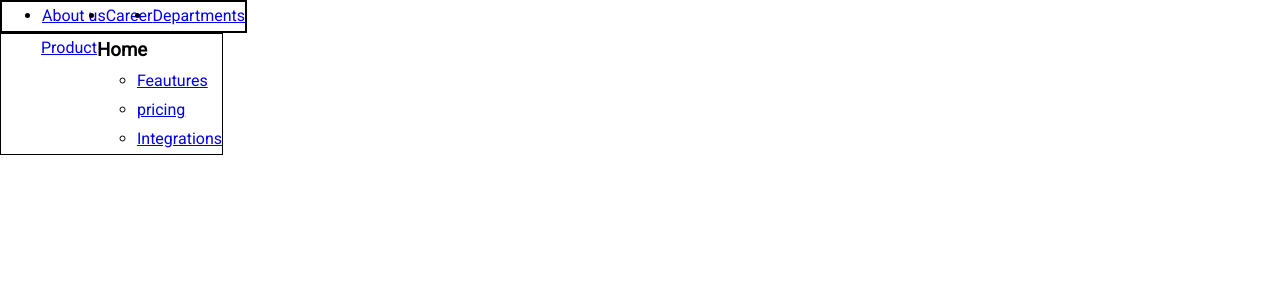
Repository: Hassanine-jaouadi/docplanner
Page: doc-panner.html
The author's editor kept a copy of each file at every save. The page is drawn from the files as they stood at one save, then again after the next save.
The browser window is 1280 px wide. The pictures show the whole page.
Some web libraries are served in a nearby version.

Above is the page before, as saved 2020-01-16 21:58:10.

After the next save:
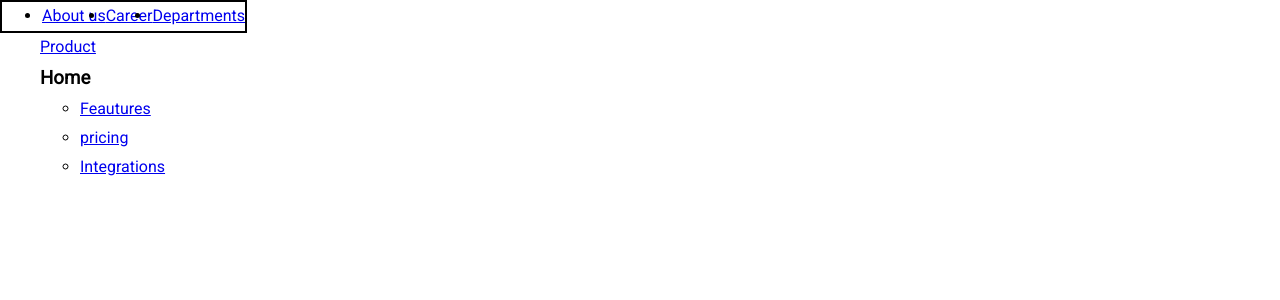
Saved 23 s later.
--- a/doc-panner.html
+++ b/doc-panner.html
@@ -28,16 +28,16 @@
 
 
     <nav>
-            <ul class="flex-container">
+            <ul class="nav">
 
                     <a href="#">Product</a>
                     <div class="white-drop-down">
                         <div class="nav-column">
                             <h3>Home</h3>
                             <ul>
-                                <li class="flex-item"> <a href="https://wistia.com/product">Feautures</a></li>
-                                <li class="flex-item"> <a href="https://wistia.com/pricing">pricing</a></li>
-                                <li class="flex-item"> <a href="https://wistia.com/integrations">Integrations</a></li>
+                                <li class="submenu-item"> <a href="https://wistia.com/product">Feautures</a></li>
+                                <li class="submenu-item"> <a href="https://wistia.com/pricing">pricing</a></li>
+                                <li class="submenu-item"> <a href="https://wistia.com/integrations">Integrations</a></li>
                             </ul>
                         </div>
                         </div>
